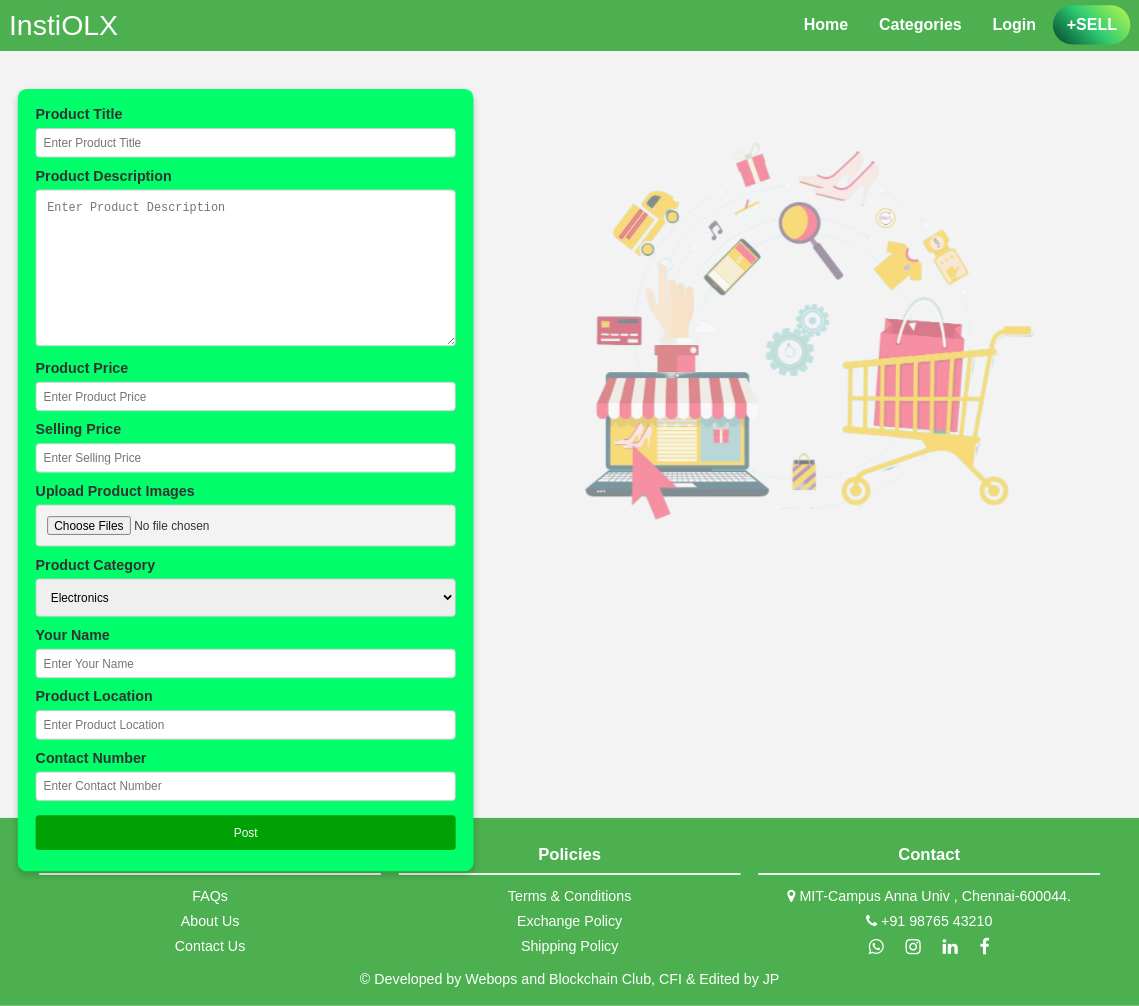
Repository: John-Prabu-A/web-dev-summer-school
Page: Session_1_Assignment/sell.html
An editor plug-in stored every save of this project. The page is shown before and after the next save, followed by the edit.
The browser window is 1280 px wide. The pictures show the whole page, at 89% of full size.

Above is the page before, as saved 2024-06-20 16:21:21.

After the next save:
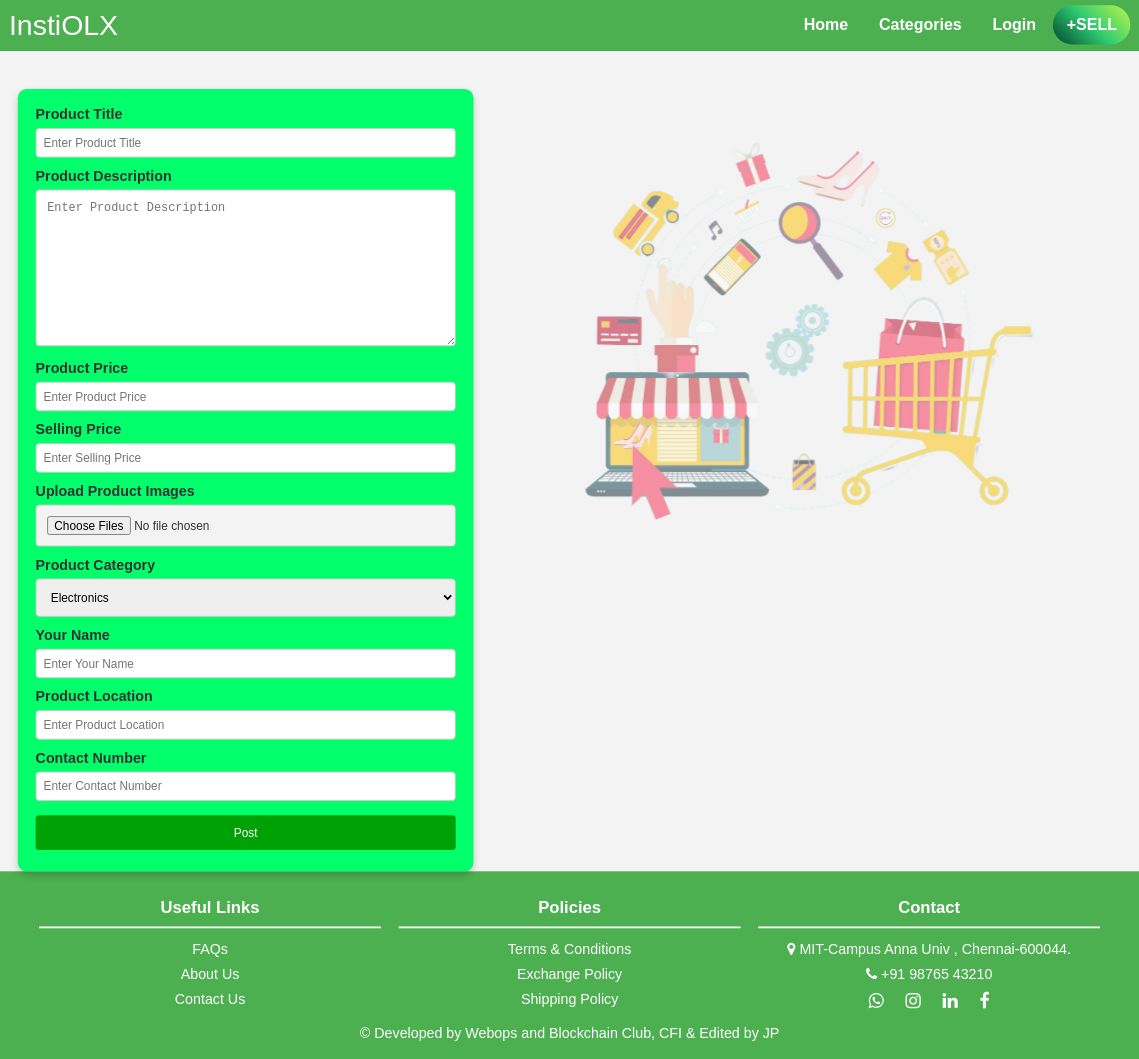
Saved 6 s later.
--- a/Session_1_Assignment/sell-page.css
+++ b/Session_1_Assignment/sell-page.css
@@ -29,7 +29,7 @@ img {
     position: relative;
     top: 100px;
     padding: 16px;
-    margin: 0 20px 20px 20px;
+    margin: 0 20px 100px 20px;
     background-color: #00ff6a;
     padding: 20px;
     width: 40%;
